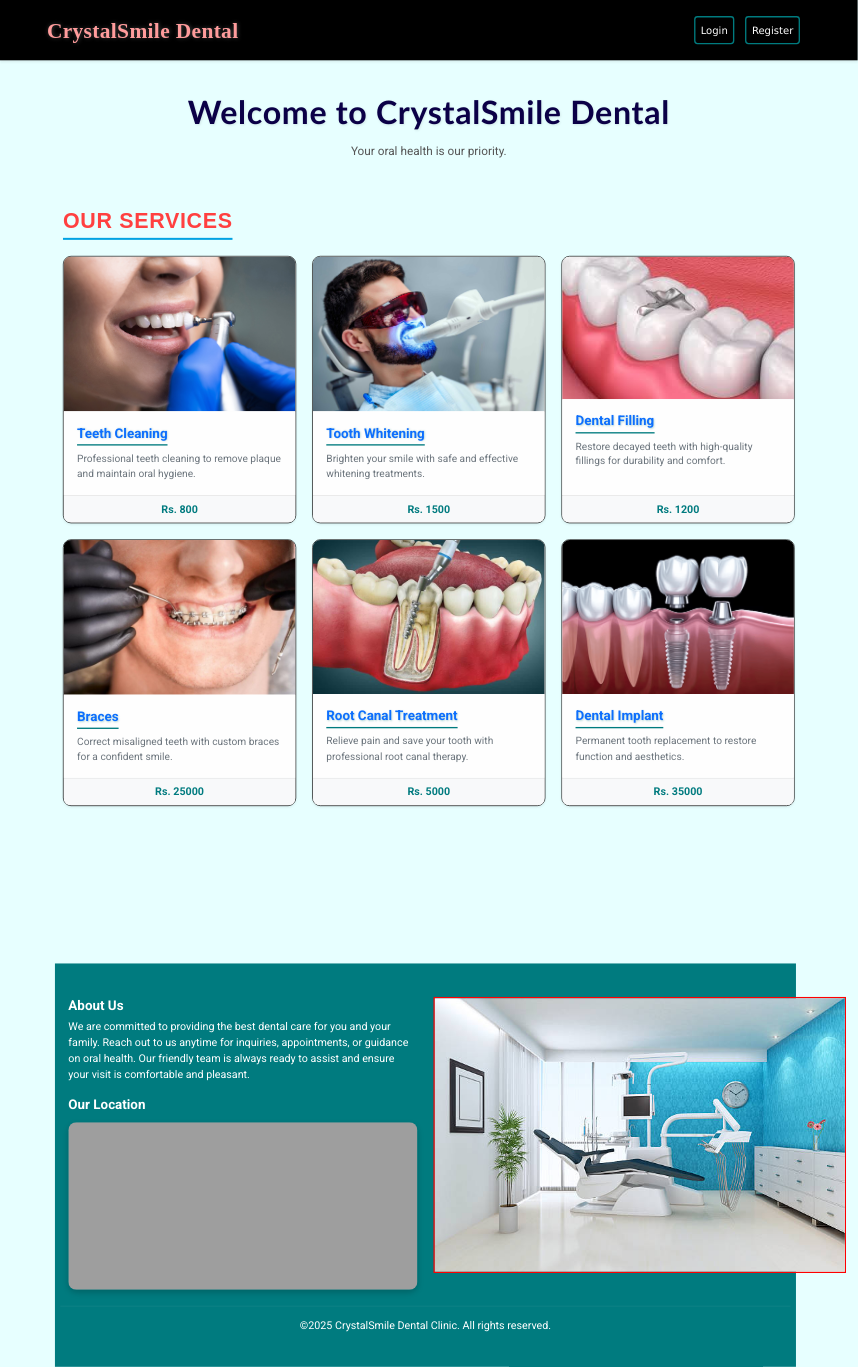
Repository: ashrayasjp/dentalclinicms
Page: dental_clinic_fyp/users/templates/users/home.html
An editor plug-in stored every save of this project. The page is shown before and after the next save, followed by the edit.
The browser window is 1280 px wide. The pictures show the whole page, at 67% of full size.
Pictures or frames that could not be fetched are drawn as grey boxes. Some web fonts or font styles are not loaded; a fallback is used. The template is drawn by Django 5.2. The application's start-up code is not run. The template is opened directly, without the code that normally fills it, so the values that code supplies are empty.

Above is the page before, as saved 2025-11-04 12:25:57.

After the next save:
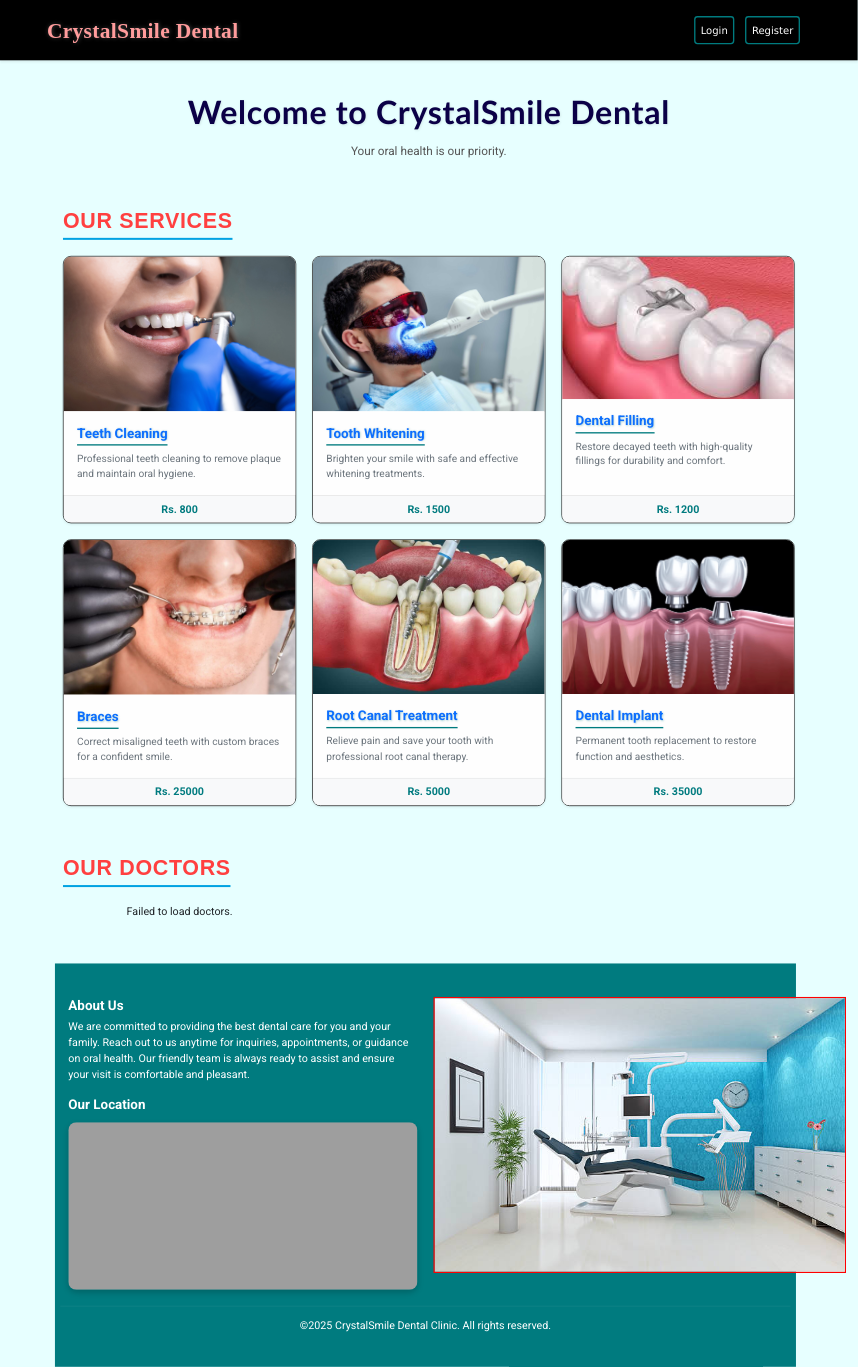
Saved 77 s later.
--- a/dental_clinic_fyp/users/templates/users/home.html
+++ b/dental_clinic_fyp/users/templates/users/home.html
@@ -151,7 +151,7 @@
 
     </div>
 </div>
-<div class="container mt-5" id="doctors-section" style="opacity:0;">
+<div class="container mt-5" id="doctors-section">
     <h2 class="text-center mb-4">Our Doctors</h2>
     <div class="row row-cols-1 row-cols-md-3 g-4" id="doctors-container">
       <!-- Doctor cards will be dynamically inserted here by JS -->
